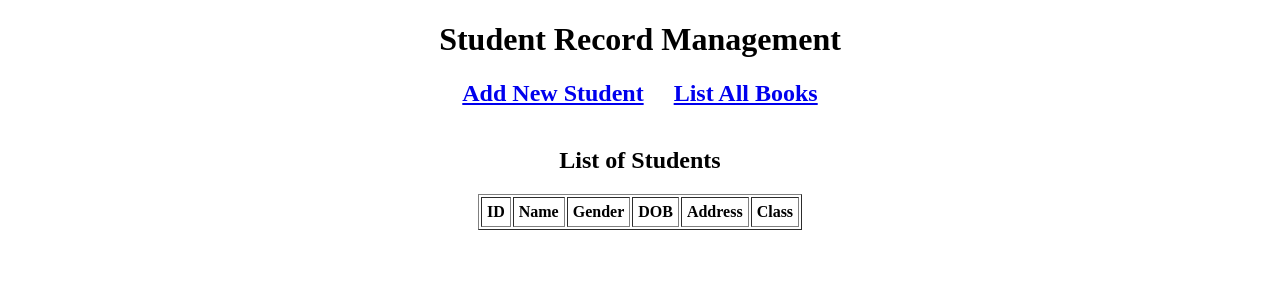
Repository: ashkumar661/Phase-2-Project
Page: http://localhost/crud-example/user-list.jsp
The author's editor kept a copy of each file at every save. The page is drawn from the files as they stood at one save, then again after the next save.
The browser window is 1280 px wide. The pictures show the whole page.
The page is served by Tomcat 9. Other server files are loaded and not shown. The template is opened directly, without the code that normally fills it, so the values that code supplies are empty.

Above is the page before, as saved 2022-05-14 18:41:48.

### crud-example/src/main/webapp/user-list.jsp
<%@ page language="java" contentType="text/html; charset=ISO-8859-1"
	pageEncoding="ISO-8859-1"%>
<%@ taglib uri="http://java.sun.com/jsp/jstl/core" prefix="c"%>
<!DOCTYPE html PUBLIC "-//W3C//DTD HTML 4.01 Transitional//EN"
    "http://www.w3.org/TR/html4/loose.dtd">
<html>
<head>
<!-- <meta charset="ISO-8859-1"> -->
<title>Learner's Academy</title>
</head>
<body>
	<center>
		<h1>Student Record Management</h1>
		<h2>
			<a href="/new">Add New Student</a> &nbsp;&nbsp;&nbsp; <a href="/list">List
				All Books</a>

		</h2>
	</center>
	<div align="center">
		<table border="1" cellpadding="5">
			<caption>
				<h2>List of Students</h2>
			</caption>
			<tr>
				<th>ID</th>
				<th>Name</th>
				<th>Gender</th>
				<th>DOB</th>
				<th>Address</th>
				<th>Class</th>
			</tr>
			<c:forEach var="student" items="${listStudent}">
				<tr>
					<td><c:out value="${student.id}" /></td>
					<td><c:out value="${student.stuName}" /></td>
					<td><c:out value="${student.stuGender}" /></td>
					<td><c:out value="${student.stuDOB}" /></td>
					<td><c:out value="${student.stuAddress}" /></td>
					<td><c:out value="${student.stuClass}" /></td>
					<td><a href="/edit?id=<c:out value='${student.id}' />">Edit</a>
						&nbsp;&nbsp;&nbsp;&nbsp; <a
						href="/delete?id=<c:out value='${student.id}' />">Delete</a></td>
				</tr>
			</c:forEach>
		</table>
	</div>
</body>
</html>

After the next save:
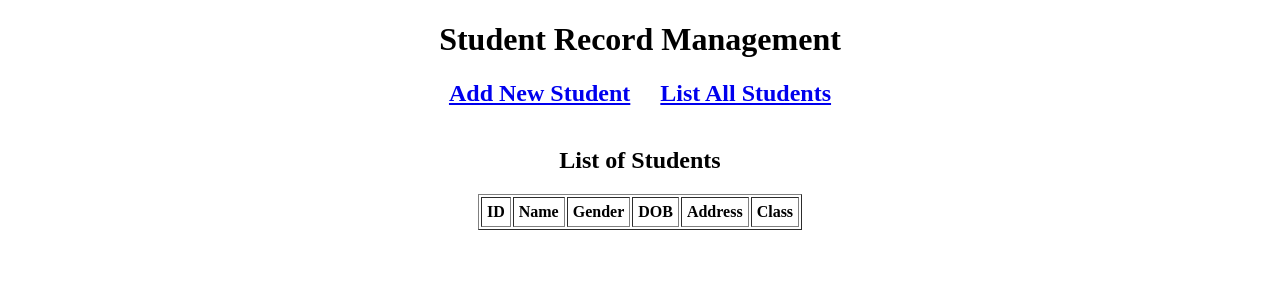
Saved 20 s later.
--- a/crud-example/src/main/webapp/user-list.jsp
+++ b/crud-example/src/main/webapp/user-list.jsp
@@ -13,7 +13,7 @@
 		<h1>Student Record Management</h1>
 		<h2>
 			<a href="/new">Add New Student</a> &nbsp;&nbsp;&nbsp; <a href="/list">List
-				All Books</a>
+				All Students</a>
 
 		</h2>
 	</center>
